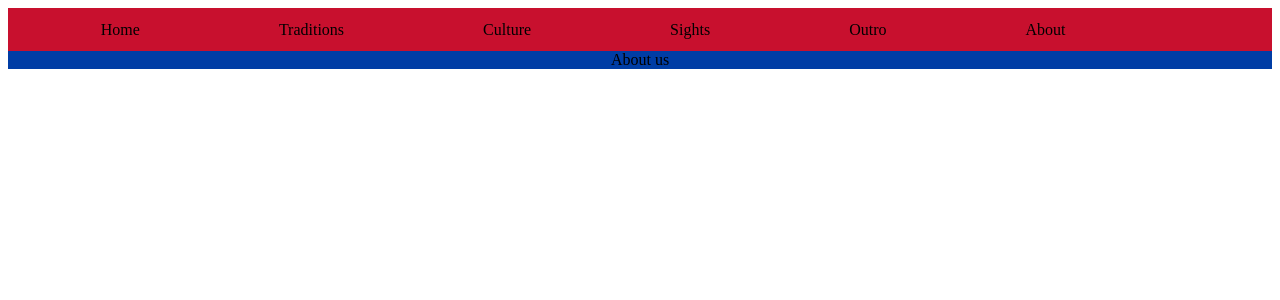
Repository: Cornman63/The-netherlands
Page: html/about.html
These files come from the project's save history. The page is drawn as it stood at one moment and after the next save; the edit follows.
The browser window is 1280 px wide. The pictures show the whole page.

Above is the page before, as saved 2023-05-17 12:26:11.

### html/about.html
<!DOCTYPE html>
<html lang="en">
<head>
    <meta charset="UTF-8">
    <meta http-equiv="X-UA-Compatible" content="IE=edge">
    <meta name="viewport" content="width=device-width, initial-scale=1.0">
    <link rel="stylesheet" href="style.css">
    <title>Document</title>
</head>
<body>
    <header>
        <div class="top">
            <div class="site">Home</div>
            <div class="site">Traditions</div>
            <div class="site">Culture</div>
            <div class="site">Sights</div>
            <div class="site">Outro</div>
            <div class="site">About</div>
        </div>
    </header>

    <main>

    </main>

    <footer>
        <div class="bottom">
            About us
        </div>
    </footer>


</body>
</html>

### style.css
.top, .bottom {
    display: flex;
    flex-direction: row;
    justify-content: center;
    align-content:center;
    background-color:#C8102E;
}
.bottom{
    background-color: #003DA5;
}

.site {
    display: flex;
    border: 1%;
    margin: 1%;
    margin-right: 10%;
    align-content: center;
}

After the next save:
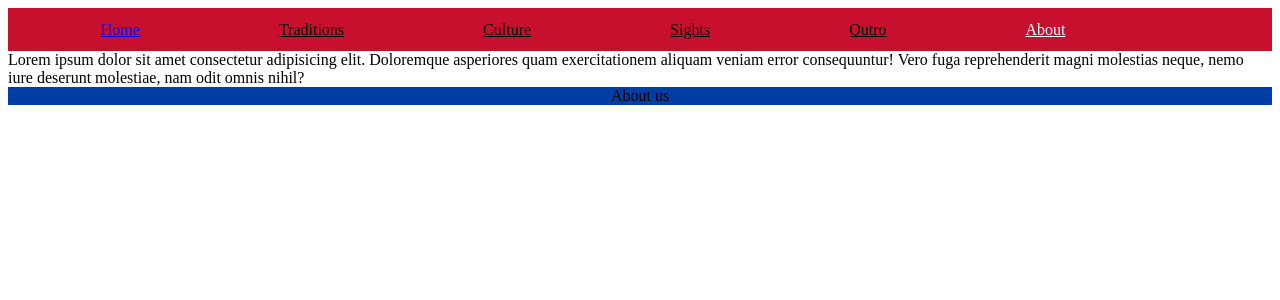
Saved 20 s later.
--- a/html/about.html
+++ b/html/about.html
@@ -5,30 +5,23 @@
     <meta http-equiv="X-UA-Compatible" content="IE=edge">
     <meta name="viewport" content="width=device-width, initial-scale=1.0">
     <link rel="stylesheet" href="style.css">
-    <title>Document</title>
+    <title>Visit the Netherlands</title>
+
 </head>
 <body>
-    <header>
-        <div class="top">
-            <div class="site">Home</div>
-            <div class="site">Traditions</div>
-            <div class="site">Culture</div>
-            <div class="site">Sights</div>
-            <div class="site">Outro</div>
-            <div class="site">About</div>
-        </div>
-    </header>
-
-    <main>
-
-    </main>
-
-    <footer>
-        <div class="bottom">
-            About us
-        </div>
-    </footer>
-
-
+    <div class="top">
+        <div class="site"><a href="index.html" style="color: black style="text-decoration: none;">Home</a></div>
+        <div class="site"><a href="traditions.html" style="color:black" style="text-decoration: none;">Traditions</a></div>
+        <div class="site"><a href="culture.html" style="color:black" style="text-decoration: none;">Culture</a></div>
+        <div class="site"><a href="sights.html" style="color:black" style="text-decoration: none;">Sights</a></div>
+        <div class="site"><a href="outro.html" style="color:black" style="text-decoration: none;">Outro</a></div>
+        <div class="site"><a href="about.html" style="color: white" style="text-decoration: none;">About</a></div>
+    </div>
+    <div class="text">
+        Lorem ipsum dolor sit amet consectetur adipisicing elit. Doloremque asperiores quam exercitationem aliquam veniam error consequuntur! Vero fuga reprehenderit magni molestias neque, nemo iure deserunt molestiae, nam odit omnis nihil?
+    </div>
+    <div class="bottom">
+        About us
+    </div>
 </body>
 </html>
